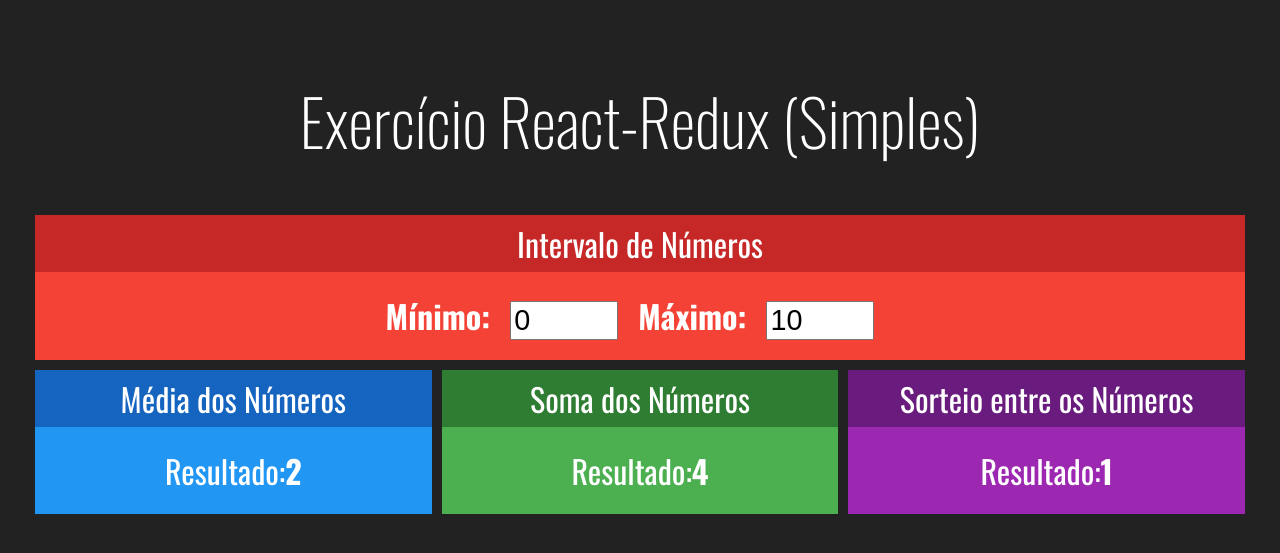
Repository: WellysonP/testando-react-redux
Page: /
The author's editor kept a copy of each file at every save. The page is drawn from the files as they stood at one save, then again after the next save.
The browser window is 1280 px wide. The pictures show the whole page.
The project was rebuilt for these pictures with package versions that can differ from the ones it lists, and the page was loaded fresh each time.

Above is the page before, as saved 2023-01-12 18:46:31.

### public/index.html
<!DOCTYPE html>
<html lang="en">
  <head>
    <link rel="preconnect" href="https://fonts.googleapis.com">
<link rel="preconnect" href="https://fonts.gstatic.com" crossorigin>
<link href="https://fonts.googleapis.com/css2?family=Oswald:wght@200;300;400;500;600;700&display=swap" rel="stylesheet">
    <meta charset="utf-8" />
    <link rel="icon" href="%PUBLIC_URL%/favicon.ico" />
    <meta name="viewport" content="width=device-width, initial-scale=1" />
    <meta name="theme-color" content="#000000" />
    <meta
      name="description"
      content="Web site created using create-react-app"
    />
    <link rel="apple-touch-icon" href="%PUBLIC_URL%/logo192.png" />
    <!--
      manifest.json provides metadata used when your web app is installed on a
      user's mobile device or desktop. See https://developers.google.com/web/fundamentals/web-app-manifest/
    -->
    <link rel="manifest" href="%PUBLIC_URL%/manifest.json" />
    <!--
      Notice the use of %PUBLIC_URL% in the tags above.
      It will be replaced with the URL of the `public` folder during the build.
      Only files inside the `public` folder can be referenced from the HTML.

      Unlike "/favicon.ico" or "favicon.ico", "%PUBLIC_URL%/favicon.ico" will
      work correctly both with client-side routing and a non-root public URL.
      Learn how to configure a non-root public URL by running `npm run build`.
    -->
    <title>React App</title>
  </head>
  <body>
    <noscript>You need to enable JavaScript to run this app.</noscript>
    <div id="root"></div>
    <!--
      This HTML file is a template.
      If you open it directly in the browser, you will see an empty page.

      You can add webfonts, meta tags, or analytics to this file.
      The build step will place the bundled scripts into the <body> tag.

      To begin the development, run `npm start` or `yarn start`.
      To create a production bundle, use `npm run build` or `yarn build`.
    -->
  </body>
</html>

### src/index.css
body{
  background-color: #222;
  font-size: 2rem;
  font-family: Oswald;
  color: #fff;
  margin: 30px;
}

### src/App.js
import { useState } from 'react';
import './App.css';
import Intervalo from './components/Intervalo';
import Media from './components/Media';
import Soma from './components/Soma';
import Sorteio from './components/Sorteio';

function App() {
  const [min, setMin] = useState(1)
  const [max, setMax] = useState(3)
  return (
    <div className="App">
      <h1>Exercício React-Redux (Simples)</h1>
      <div className='linha'>
        <Intervalo></Intervalo>
      </div>
      <div className='linha'>
        <Media min={min} max={max}></Media>
        <Soma min={min} max={max}></Soma>
        <Sorteio min={min} max={max}></Sorteio>
      </div>
    </div>
  );
}

export default App;

### src/App.css
.App{
  display: flex;
  flex-direction: column;
  text-align: center;
}

h1{
  font-weight: 200;
}

.linha{
  display: flex;
}

### src/components/Intervalo.jsx
import Card from "./Card"
import "./Intervalo.css"


export default props => {
    return (
        <Card title="Intervalo de Números" red>
            <div className="Intervalo">
                <span>
                    <strong>Mínimo:</strong>
                    <input type="number" value={0} />
                </span>
                <span>
                    <strong>Máximo:</strong>
                    <input type="number" value={10} />
                </span>
            </div>
        </Card>
    )
}

### src/components/Media.jsx
import Card from "./Card"

export default props => {
    const { min, max } = props
    return (
        <Card title="Média dos Números" blue>
            <div>
                <span>
                    <span>Resultado:</span>
                    <strong>{(min + max) / 2}</strong>
                </span>
            </div>
        </Card>
    )
}

### src/components/Soma.jsx
import Card from "./Card"

export default props => {
    const { min, max } = props
    return (
        <Card title="Soma dos Números" green>
            <div>
                <span>
                    <span>Resultado:</span>
                    <strong>{min + max}</strong>
                </span>
            </div>
        </Card>
    )
}

### src/components/Sorteio.jsx
import Card from "./Card"

export default props => {
    const { min, max } = props
    const aleatorio = parseInt(Math.random() * (max - min)) + min
    return (
        <Card title="Sorteio entre os Números" purple>
            <div>
                <span>
                    <span>Resultado:</span>
                    <strong>{aleatorio}</strong>
                </span>
            </div>
        </Card>
    )
}

### src/components/Card.jsx
import "./Card.css"

function getColor(props){
    if(props.red) return "Red"
    if(props.green) return "Green"
    if(props.blue) return "Blue"
    if(props.purple) return "Purple"
    return""
}

export default props => {
    return (
        <div className={`Card ${getColor(props)}`}>
            <div className="Header">
                <span className="Title">{props.title}</span>
            </div>
            <div className="Content">
                {props.children}
            </div>
        </div>
    )
}

### src/components/Intervalo.css
.Intervalo input{
    font-size: 1.8rem;
    margin-left: 20px;
    margin-right: 20px;
    width: 100px;
}

### src/components/Card.css
.Card{
    flex: 1;
    display: flex;
    flex-direction: column;
    margin: 5px;
}

.Card .Header{
    display: flex;
    flex-direction: row;
    justify-content: center;
}

.Card .Header .Title{
    flex: 1;
    padding: 5px;
}

.Card .Content{
    padding: 20px;
}

.Card.Red .Header{ color: #fff; background-color: #c62828;}
.Card.Red .Content{ color: #fff; background-color: #f44336;}

.Card.Green .Header{ color: #fff; background-color: #2e7d32;}
.Card.Green .Content{ color: #fff; background-color: #4caf50;}

.Card.Blue .Header{ color: #fff; background-color: #1565c0;}
.Card.Blue .Content{ color: #fff; background-color: #2196f3;}

.Card.Purple .Header{ color: #fff; background-color: #6A1B7e;}
.Card.Purple .Content{ color: #fff; background-color: #9c27b0;}

Loaded but not shown: src/index.js (common file); src/reportWebVitals.js (common file)

After the next save:
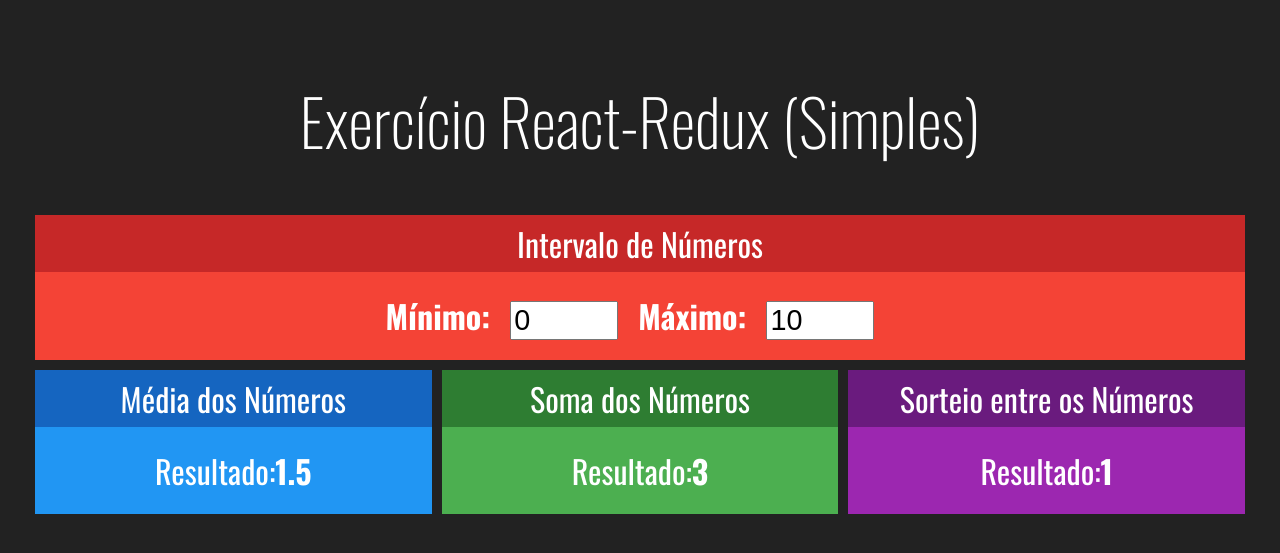
Saved 8 s later.
--- a/src/App.js
+++ b/src/App.js
@@ -7,7 +7,7 @@ import Sorteio from './components/Sorteio';
 
 function App() {
   const [min, setMin] = useState(1)
-  const [max, setMax] = useState(3)
+  const [max, setMax] = useState(2)
   return (
     <div className="App">
       <h1>Exercício React-Redux (Simples)</h1>
